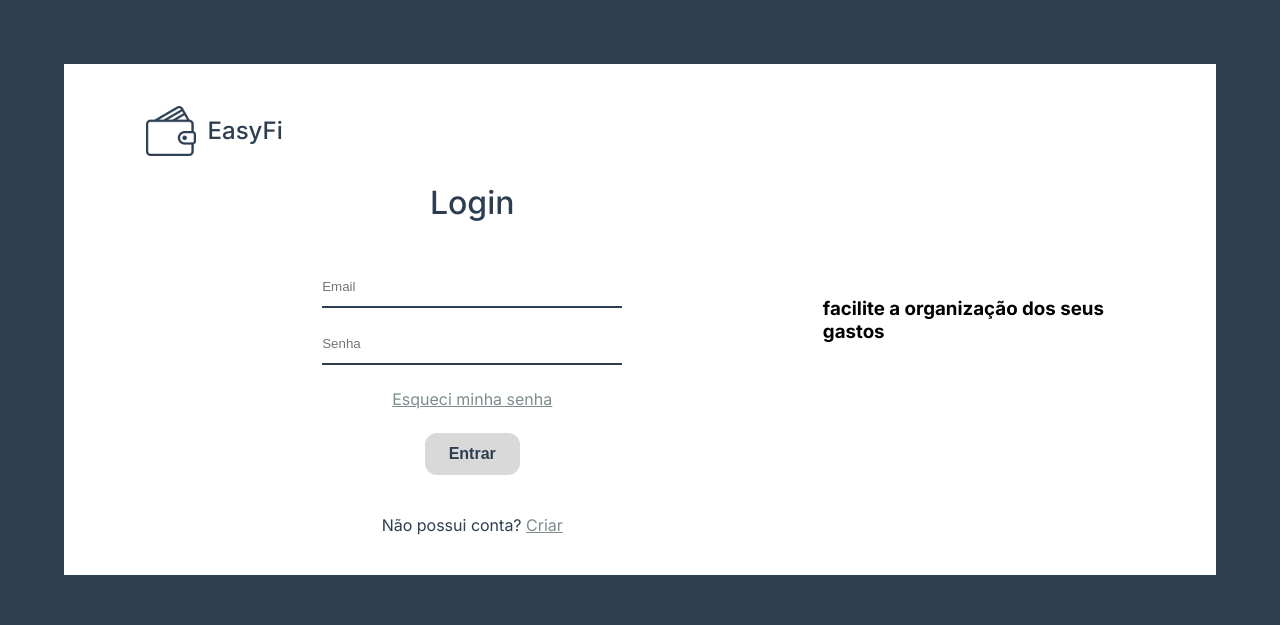
Repository: Ingridiag/projeto-engenharia
Page: login.html
An editor plug-in stored every save of this project. The page is shown before and after the next save, followed by the edit.
The browser window is 1280 px wide. The pictures show the whole page.

Above is the page before, as saved 2024-10-28 16:37:58.

### login.html
<!DOCTYPE html>
<html lang="pt">

<head>
    <meta charset="UTF-8">
    <meta name="viewport" content="width=device-width, initial-scale=1.0">
    <link rel="preconnect" href="https://fonts.googleapis.com">
<link rel="preconnect" href="https://fonts.gstatic.com" crossorigin>
<link href="https://fonts.googleapis.com/css2?family=Inter:ital,opsz,wght@0,14..32,100..900;1,14..32,100..900&display=swap"
rel="stylesheet">
    <link rel="stylesheet" href="style.css">
    <title>Login</title>
</head>

<body>
    <div class="container">

        <!-- Tela Login -->
        <div class="login">
            <div class="primeira-coluna">
                <div class="logo">
                    <img src="imagens/logo-azul 1.svg" alt="logo">
                    <h1>EasyFi</h1>
                </div>
                <div class="formulario">
                    <h1 class="title">Login</h1>
                    <form >
                        <input type="email" placeholder="Email">
                        <input type="password" placeholder="Senha">
                    </form>
                    <div class="uses">
                        <a href="#" class="link">Esqueci minha senha</a>

                    </div>
                    <div class="btn-default">
                        <button>
                            Entrar
                        </button>
                    </div>
                    <div >
                        <p>Não possui conta?
                            <span>
                                <a href="#" class="link">Criar</a>
                            </span>
                        </p>
                    </div>
                </div>
            </div>
            <div class="decor">
                <h3 class="mensagem">
                    facilite a organização dos seus gastos
                </h3>
            </div>
        </div>



        <div class="cadastro">
            <!-- Tela Cadastro -->
            <div class="decor">
                <h3 class="mensagem">
                    facilite a organização dos seus gastos
                </h3>
            </div>

            <div class="primeira-coluna">
                <div class="logo">
                    <img src="imagens/logo-azul 1.svg" alt="logo">
                    <h1>EasyFi</h1>
                </div>
                <div class="formulario">
                    <h1 class="title">Criar Conta</h1>
                    <form >
                        <input type="text" placeholder="Nome">
                        <input type="email" placeholder="Email">
                        <input type="password" placeholder="Senha">
                        <input type="password" placeholder=" Confirmar senha">
                    </form>
                    <div>
                        <a href="#" class="link">Esqueci minha senha</a>

                    </div>
                    <div class="btn-default">
                        <button>
                            Entrar
                        </button>
                    </div>
                    <div class="uses">
                        <p>Já possui conta?
                            <span>
                                <a href="#" class="link">Login</a>
                            </span>
                        </p>
                    </div>
                </div>
            </div>
        </div>


    </div>

</body>

</html>

### style.css
body {
    margin: 0;
    padding: 0;
    box-sizing: border-box;
    background: #2C3E50;
    font-family: "Inter", sans-serif;
}

.container {
    display: flex;
    justify-content: center;
    align-items: center;
    margin: 5%;
}

.login {
    width: 100%;
    height: 55vh;
    padding: 5%;
    display: flex;
    align-items: center;
    background: #fff;
    justify-content: space-between;
}

.primeira-coluna {
    width: 70%;
    display: flex;
    flex-direction: column;
    justify-content: center;
    /* background: #909090; */
}

.logo {
    display: flex;
    gap: 12px;
    align-items: center;
    padding: 12px 24px 0;
    color: #2C3E50;

    h1 {
        font-size: 24px;
        font-weight: 500;
    }
    img{
        width: 50px;

    }

}

.formulario {
    display: flex;
    flex-direction: column;
    align-items: center;
    gap: 24px;
    color: #2C3E50;
    h1{
        font-weight: 500;}
}

.formulario form {
    display: flex;
    flex-direction: column;
    gap: 16px;
}

.formulario form input {
    width: 300px;
    padding: 12px 0px;
    background: none;
    border: none;
    border-bottom: 2px solid #2C3E50;
    outline: none;
    color: #2C3E50;

}

.formulario a {
    color: #7F8C8D;
}

.btn-default button {
    background: #D9D9D9;
    border: none;
    border-radius: 12px;
    padding: 12px 24px;
    font-size: 16px;
    transition: 0.2s ease;
    cursor: pointer;
    color: #2C3E50;
    font-weight: 600;
}

.btn-default button:hover {
    background: #F4EEEE;
    color: #577695;
    transform: scale(1.1);
}
/* .decor{
    height: 134.3%;
    background-image: url(imagens/imagem_background.svg);
} */

.cadastro {
    display: none;
    flex-direction: column;
    position: relative;
}

After the next save:
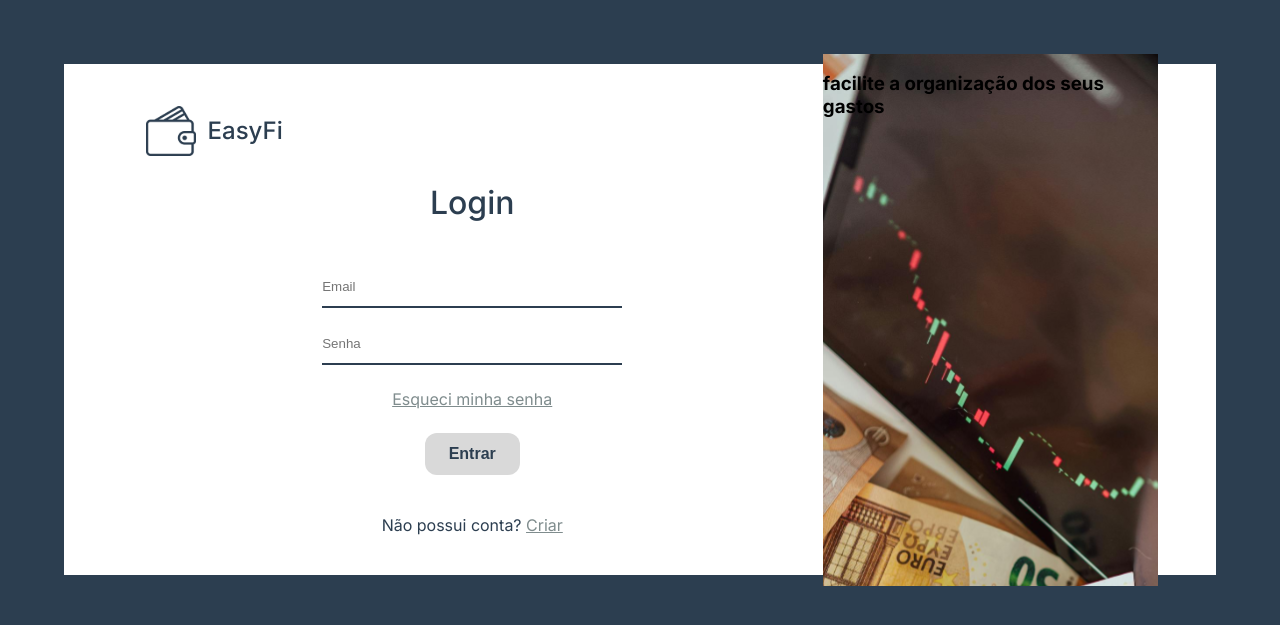
Saved 7 s later.
--- a/style.css
+++ b/style.css
@@ -97,10 +97,10 @@ body {
     color: #577695;
     transform: scale(1.1);
 }
-/* .decor{
+.decor{
     height: 134.3%;
     background-image: url(imagens/imagem_background.svg);
-} */
+}
 
 .cadastro {
     display: none;

After the save that followed:
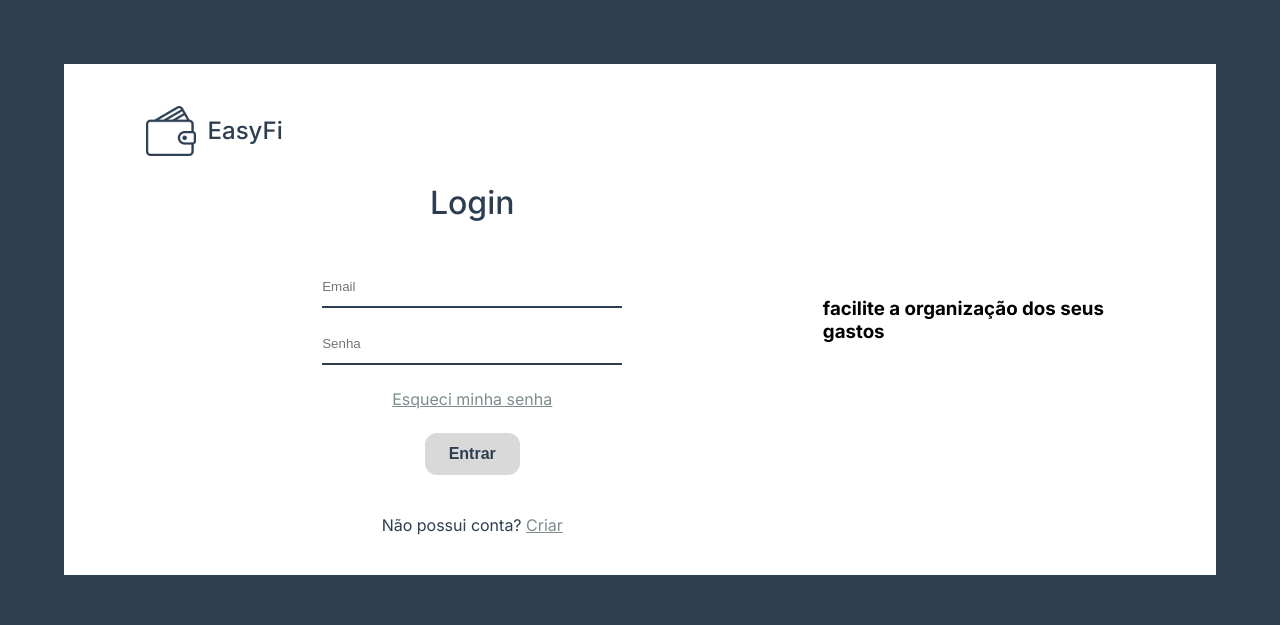
Saved 14 s later.
--- a/style.css
+++ b/style.css
@@ -98,8 +98,7 @@ body {
     transform: scale(1.1);
 }
 .decor{
-    height: 134.3%;
-    background-image: url(imagens/imagem_background.svg);
+
 }
 
 .cadastro {
